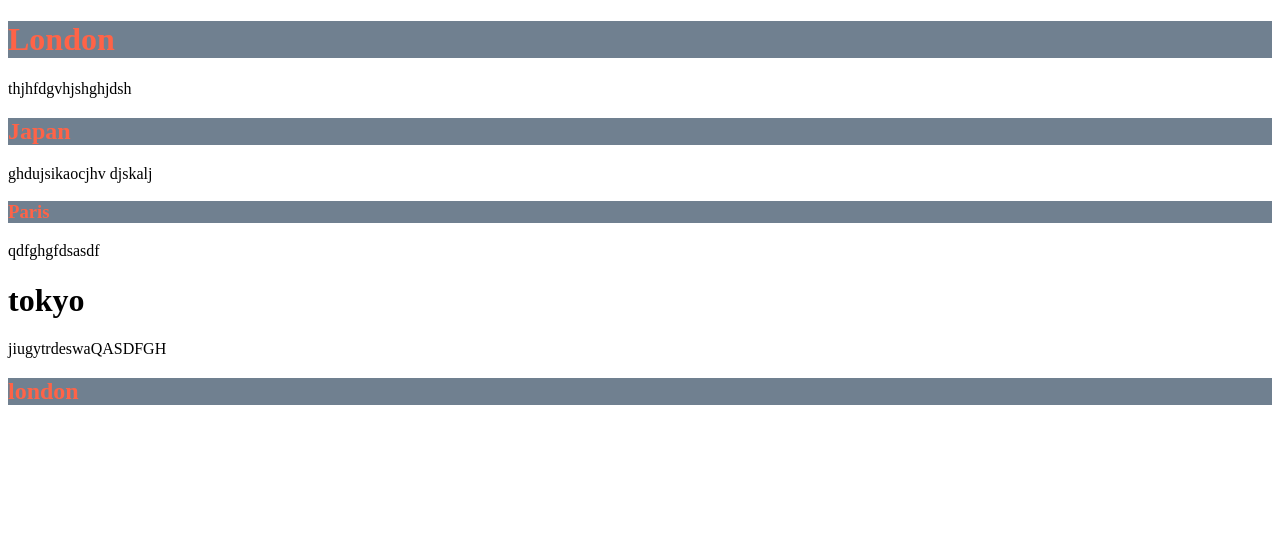
Repository: pratixa-chauhan/practice
Page: style/classattribute.html
These files come from the project's save history. The page is drawn as it stood at one moment and after the next save; the edit follows.
The browser window is 1280 px wide. The pictures show the whole page.

Above is the page before, as saved 2021-12-17 14:00:41.

### style/classattribute.html
<!DOCTYPE html>
<html>
    <head>
        <style>
            .city{
                background-color: saddlebrown;
                color: salmon;
            }
        </style>
    </head>
    <body>
        <h1 class="city">London</h1>
        <p>thjhfdgvhjshghjdsh</p>
        <h2 class="city">Japan</h2>
        <p>ghdujsikaocjhv djskalj</p>
        <h3 class="city">Paris</h3>
        <p>qdfghgfdsasdf</p>
    </body>
</html>
<html>
    <head>
        <style>
            .city {
                background-color: slategray;
                color: tomato;

            }
            .main{
                font-align="center;"
            }
        </style>
    </head>
    <body>
        <h1 class main="city">tokyo</h1>
        <p>jiugytrdeswaQASDFGH</p>
        <h2 class="city">london</h2>
    </body>
</html>

After the next save:
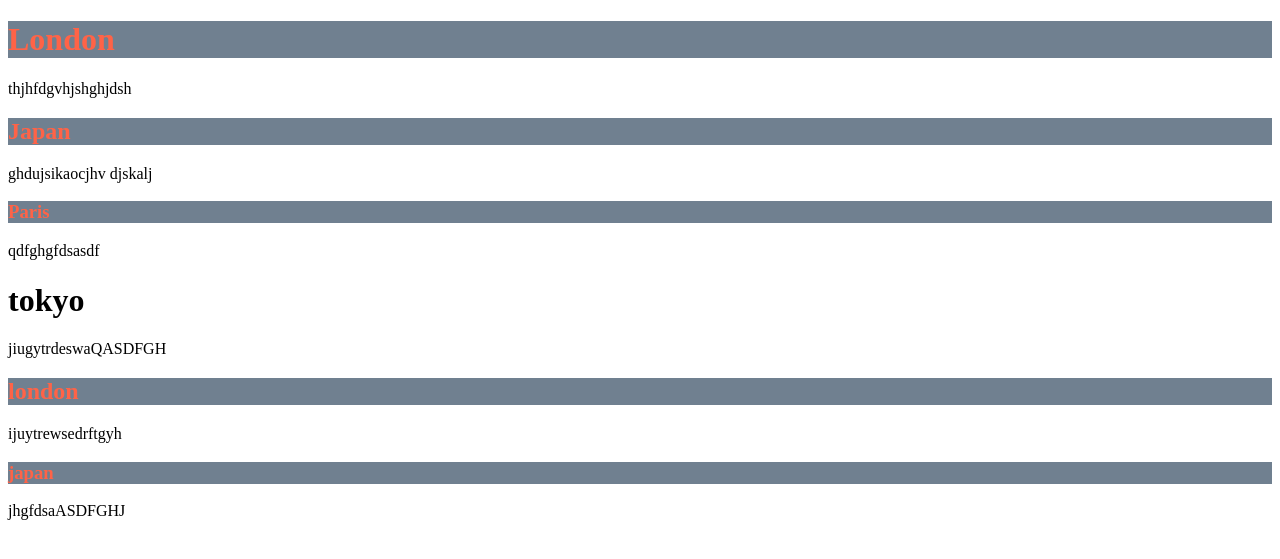
Saved 61 s later.
--- a/style/classattribute.html
+++ b/style/classattribute.html
@@ -34,5 +34,8 @@
         <h1 class main="city">tokyo</h1>
         <p>jiugytrdeswaQASDFGH</p>
         <h2 class="city">london</h2>
+        <p>ijuytrewsedrftgyh</p>
+        <h3 class="city">japan</h3>
+        <p>jhgfdsaASDFGHJ</p>
     </body>
 </html>
